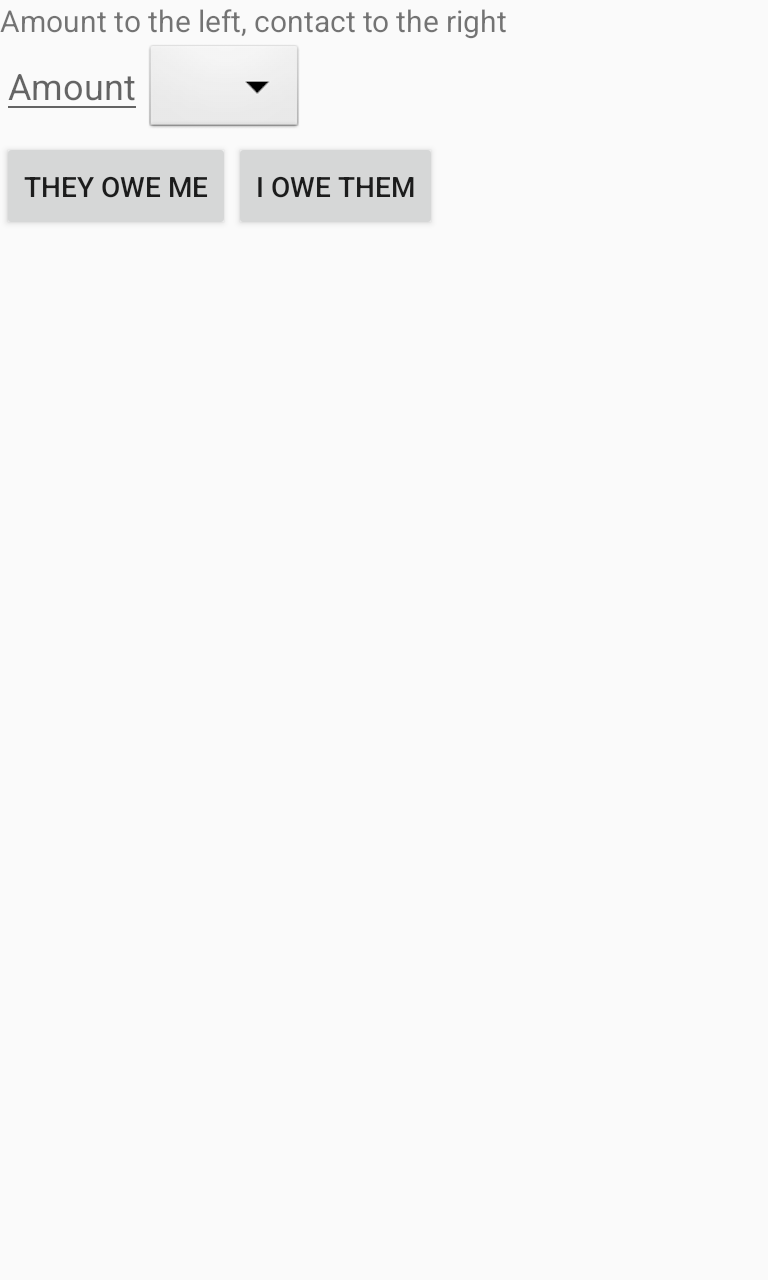
Repository: wisingd/Dajoroli
Layout: Workspace/SplitIt/res/layout/debt_view.xml
These files come from the project's save history. The layout is drawn as it stood at one moment and after the next save; the edit follows.
It is drawn on a 768 x 1280 px phone screen (xhdpi) without system bars, with theme AppTheme; the app's code is not run.

Above is the layout before, as saved 2014-05-16 07:58:53.

### Workspace/SplitIt/res/layout/debt_view.xml
<?xml version="1.0" encoding="utf-8"?>
<LinearLayout xmlns:android="http://schemas.android.com/apk/res/android"
    android:layout_width="match_parent"
    android:layout_height="match_parent"
    android:orientation="vertical" >

        <TextView
        android:layout_width="wrap_content"
        android:layout_height="wrap_content"
        android:text="@string/information_text"
        android:textSize="15sp" />

    <LinearLayout
        android:layout_width="wrap_content"
        android:layout_height="wrap_content"
        android:orientation="horizontal" >

        <EditText
            android:id="@+id/debt_amount"
            android:layout_width="wrap_content"
            android:layout_height="wrap_content"
            android:hint="@string/amount"
            android:inputType="number" />

        <Spinner
            android:id="@+id/contact_name"
            android:layout_width="wrap_content"
            android:layout_height="wrap_content"
            android:background="@android:drawable/btn_dropdown"
            android:spinnerMode="dropdown"
            android:prompt="@string/name" />
    </LinearLayout>

    <LinearLayout
        android:layout_width="wrap_content"
        android:layout_height="wrap_content"
        android:orientation="horizontal" >

        <Button
            android:layout_width="wrap_content"
            android:layout_height="wrap_content"
            android:onClick="theyOweMe"
            android:text="@string/they_owe_me" />

        <Button
            android:layout_width="wrap_content"
            android:layout_height="wrap_content"
            android:onClick="iOweThem"
            android:text="@string/i_owe_them" />
    </LinearLayout>



</LinearLayout>

### Workspace/SplitIt/res/values/strings.xml
<?xml version="1.0" encoding="utf-8"?>
<resources>

    <string name="app_name">Split It</string>
    <string name="action_settings">Settings</string>
    <string name="edit_message">Contact name</string>
    <string name="button_send">Create contact!</string>
    <string name="title_activity_display_message">New Activity</string>
    <string name="information_text">Amount to the left, contact to the right</string>
    <string name="view_contacts">View contacts</string>
    <string name="amount">Amount</string>
    <string name="contact">Name</string>
    <string name="they_owe_me">They owe me</string>
    <string name="i_owe_them">I owe them</string>
    <string name="startDebtMenu">Debt menu</string>
    <string name="startContactMenu">Contact menu</string>
    <string name="number">Contact phone number</string>
    <string name="erase_contacts">Erase contacts</string>
    <string name="name">Name</string>
    <string name="split_debt">Split a debt</string>

</resources>

Loaded but not shown: Workspace/SplitIt/res/values/styles.xml (common file); Workspace/SplitIt/res/values-v11/styles.xml (common file); Workspace/SplitIt/res/values-v14/styles.xml (common file)

After the next save:
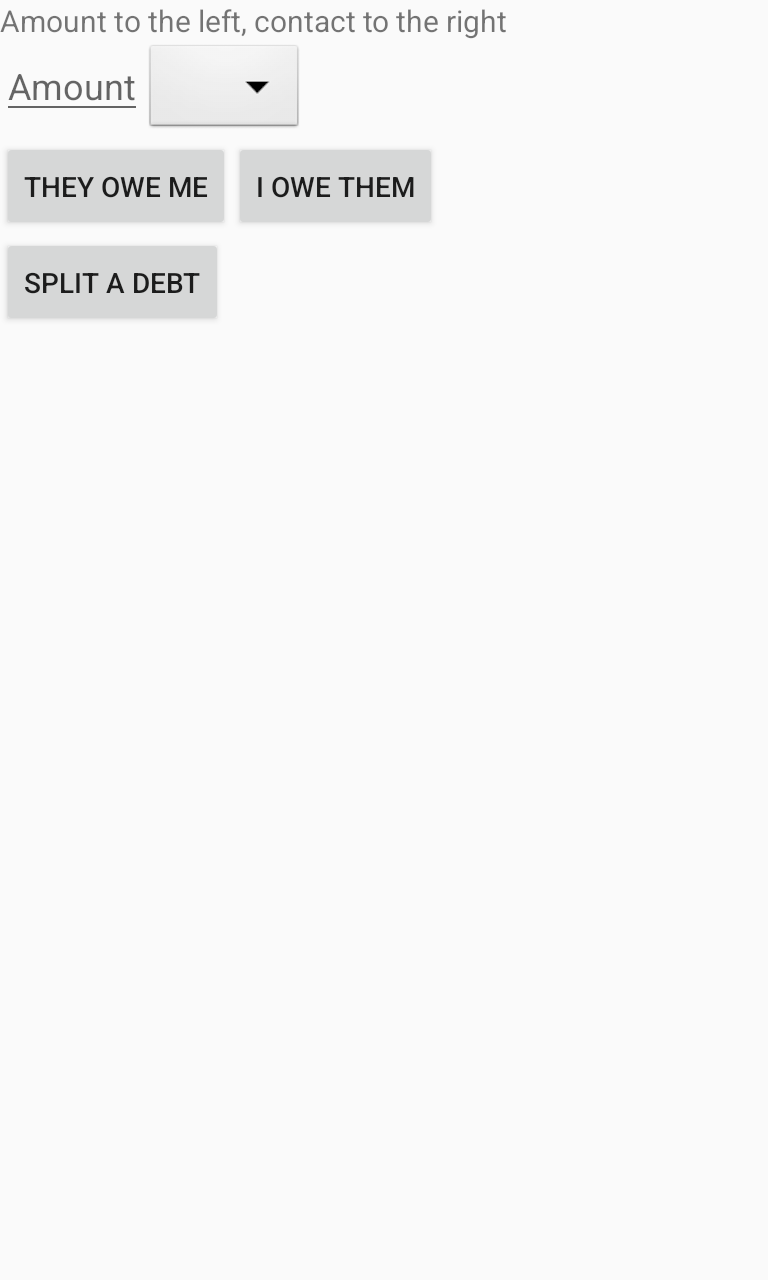
Saved 93 s later.
--- a/Workspace/SplitIt/res/layout/debt_view.xml
+++ b/Workspace/SplitIt/res/layout/debt_view.xml
@@ -48,7 +48,13 @@
             android:onClick="iOweThem"
             android:text="@string/i_owe_them" />
     </LinearLayout>
+    <Button
+            android:layout_width="wrap_content"
+            android:layout_height="wrap_content"
+            android:onClick="splitDebt"
+            android:text="@string/split_debt" />
 
+        />
 
 
 </LinearLayout>
